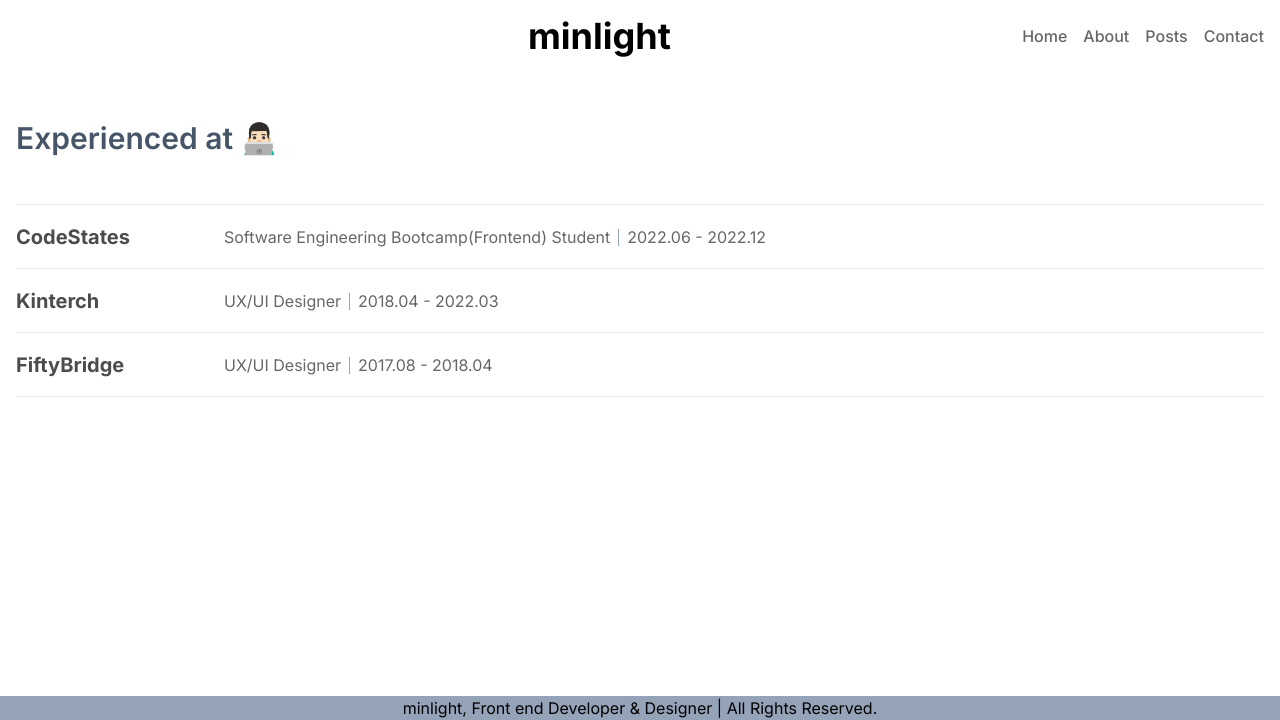
Repository: kwngmin/minlight-blog
Page: /about
These files come from the project's save history. The page is drawn as it stood at one moment and after the next save; the edit follows.
The browser window is 1280 px wide. The pictures show the whole page.
The project was rebuilt for these pictures with package versions that can differ from the ones it lists, and the page was loaded fresh each time. The framework's server and built-in components were replaced by stand-ins that run in the browser. Also part of the build but not shown: next.config.js.

Above is the page before, as saved 2023-04-01 00:16:59.

After the next save:
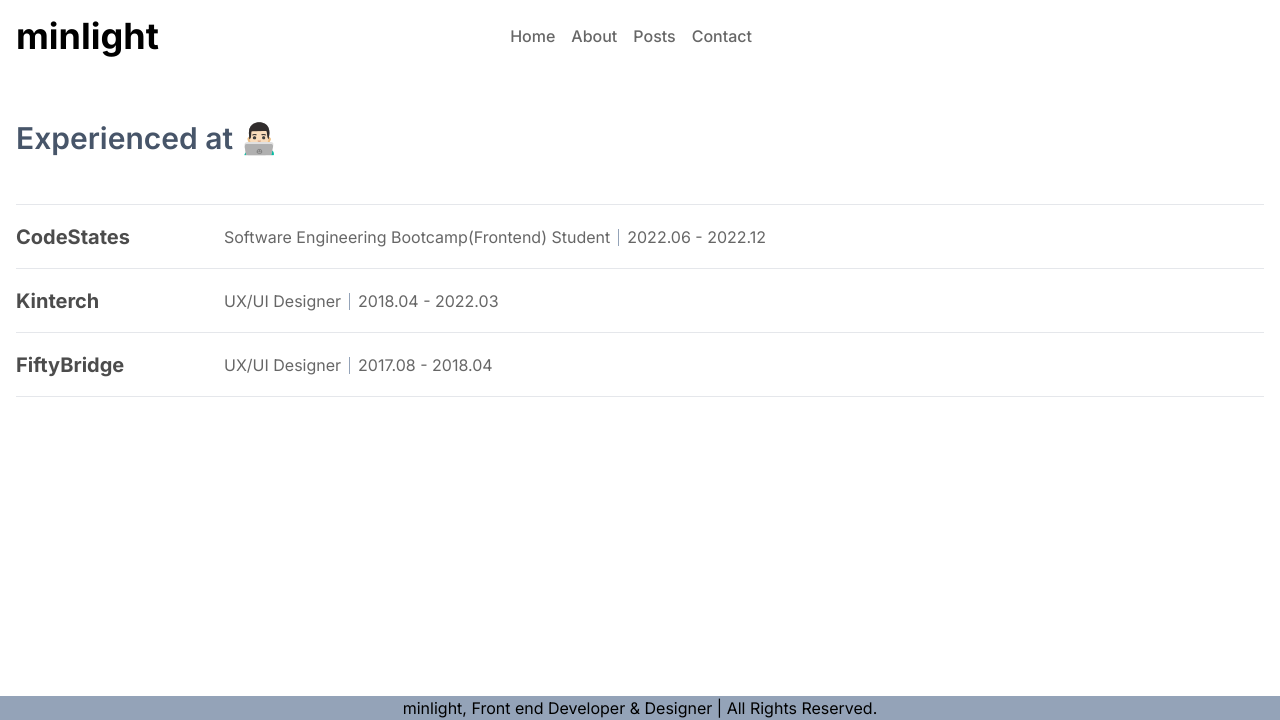
Saved 47 s later.
--- a/src/components/Header.tsx
+++ b/src/components/Header.tsx
@@ -9,7 +9,7 @@ const navData = [
 
 export default function Header() {
   return (
-    <div className="max-w-screen-md translate-x-2/3">
+    <div className="max-w-screen-md text-center">
       <div className="flex justify-between items-center m-4">
         <Link href="/">
           <h1 className="text-4xl font-bold">minlight</h1>
